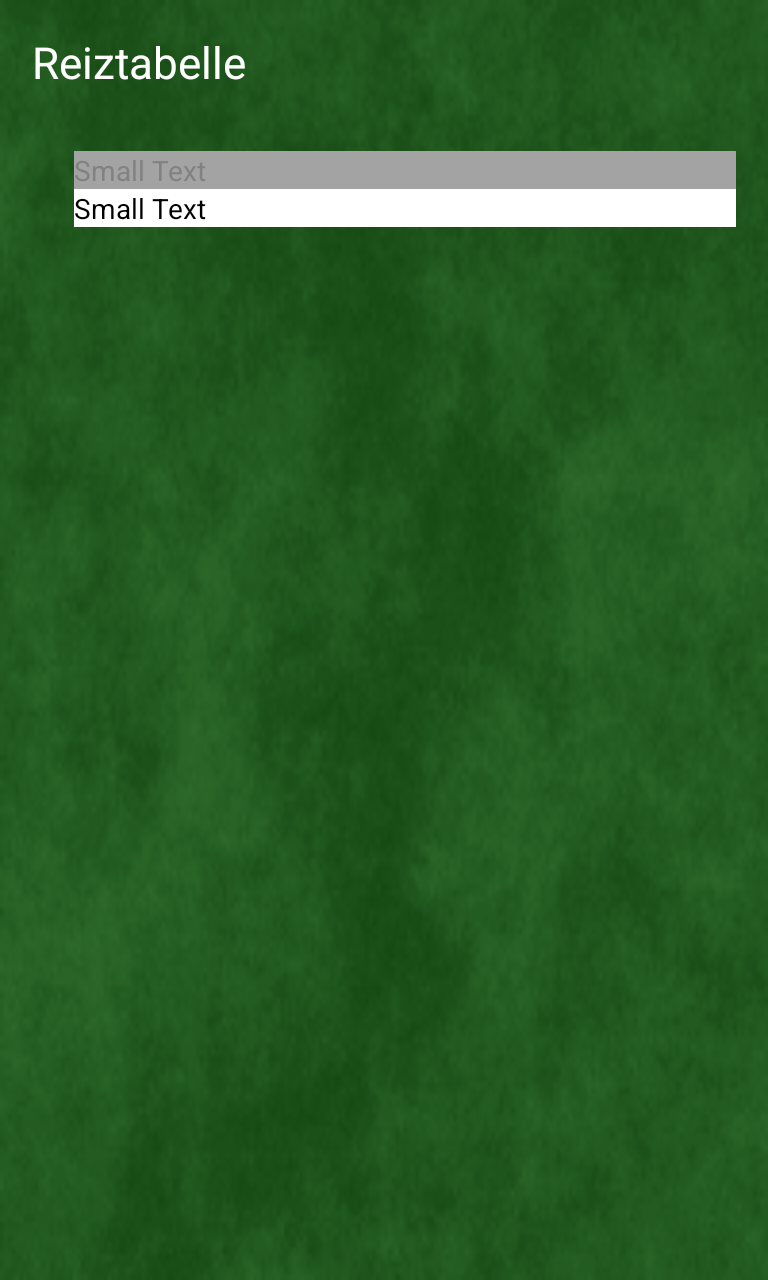
Repository: razinanu/InSy-Skat
Layout: InSy-Skat/res/layout/fragment_result.xml
These files come from the project's save history. The layout is drawn as it stood at one moment and after the next save; the edit follows.
It is drawn on a 768 x 1280 px phone screen (xhdpi) without system bars, with theme AppTheme; the app's code is not run.

Above is the layout before, as saved 2014-06-19 18:16:03.

### InSy-Skat/res/layout/fragment_result.xml
<RelativeLayout xmlns:android="http://schemas.android.com/apk/res/android"
    xmlns:tools="http://schemas.android.com/tools"
    android:layout_width="match_parent"
    android:layout_height="match_parent"
    android:paddingBottom="@dimen/activity_vertical_margin"
    android:paddingLeft="@dimen/activity_horizontal_margin"
    android:paddingRight="@dimen/activity_horizontal_margin"
    android:paddingTop="@dimen/activity_vertical_margin"
    android:background="@drawable/hintergrundapp"
    tools:context="com.example.insy_skat.ResultActivity$PlaceholderFragment" >

     <TextView
        android:id="@+id/reizTabelleText"
        android:layout_width="wrap_content"
        android:layout_height="wrap_content"
        android:text="@string/reizenTabelle"
        android:textAppearance="?android:attr/textAppearanceLarge"
        android:textColor="#ffffff" />

     <ScrollView
         android:id="@+id/scrollView1"
         android:layout_width="match_parent"
         android:layout_height="match_parent"
         android:layout_alignLeft="@+id/reizTabelleText"
         android:layout_below="@+id/reizTabelleText"
         android:layout_marginLeft="21dp"
         android:layout_marginTop="30dp"
          android:layout_marginBottom="30dp" >

         <LinearLayout
             android:layout_width="match_parent"
             android:layout_height="wrap_content"
             android:orientation="vertical" >

             <TextView
                 android:id="@+id/textView01"
                 android:layout_width="match_parent"
                 android:layout_height="wrap_content"
                 android:textColor="@color/textnotAvailable"
                 android:background="@color/backgroundnotAvailable"
                 android:text="Small Text"
                 android:textAppearance="?android:attr/textAppearanceSmall" />
               <TextView
                 android:id="@+id/textView02"
                 android:layout_width="match_parent"
                 android:layout_height="wrap_content"
                 android:textColor="@color/textAvailable"
                 android:background="@color/backgroundAvailable"
                 android:text="Small Text"
                 android:textAppearance="?android:attr/textAppearanceSmall" />

         </LinearLayout>
     </ScrollView>

</RelativeLayout>

### InSy-Skat/res/values/strings.xml
<?xml version="1.0" encoding="utf-8"?>
<resources>

    <string name="app_name">Reizassistent</string>
    <string name="action_settings">Settings</string>
    <string name="zurueck">Zurück</string>
    <string name="weiter">Weiter</string>
    <string name="menue">Menü</string>
    <string name="abbrechen">Abbrechen</string>
    <string name="farbspielGrand">Farbspiel/Grand</string>
    <string name="nullString">Null</string>
    <string name="grand">Grand</string>
    <string name="reizassistent">Reizassistent</string>
     <string name="bubenAuswaehlen">Buben Auswählen</string>
    <string name="farbenAuswahl">Farben Auswählen</string>
    <string name="reizenTabelle">Reiztabelle</string>
    <string name="title_activity_selected_soldiers">SelectedSoldiers</string>
    <string name="title_activity_farben_auswahl">FarbenAuswahl</string>
    <string name="title_activity_result">ResultActivity</string>
    <string name="info_title">Zusätzliche Informationen</string>



</resources>

### InSy-Skat/res/values/color.xml
<?xml version="1.0" encoding="utf-8"?>
<resources>
<color name="textAvailable">#000000</color>
<color name="textnotAvailable">#828282</color>
<color name="backgroundAvailable">#FFFFFF</color>
<color name="backgroundnotAvailable">#A3A3A3</color>
</resources>

Loaded but not shown: InSy-Skat/res/values-v11/styles.xml (common file); InSy-Skat/res/values/styles.xml (common file); InSy-Skat/res/values-v14/styles.xml (common file); InSy-Skat/res/values/dimens.xml (common file); InSy-Skat/res/values-w820dp/dimens.xml (common file)

After the next save:
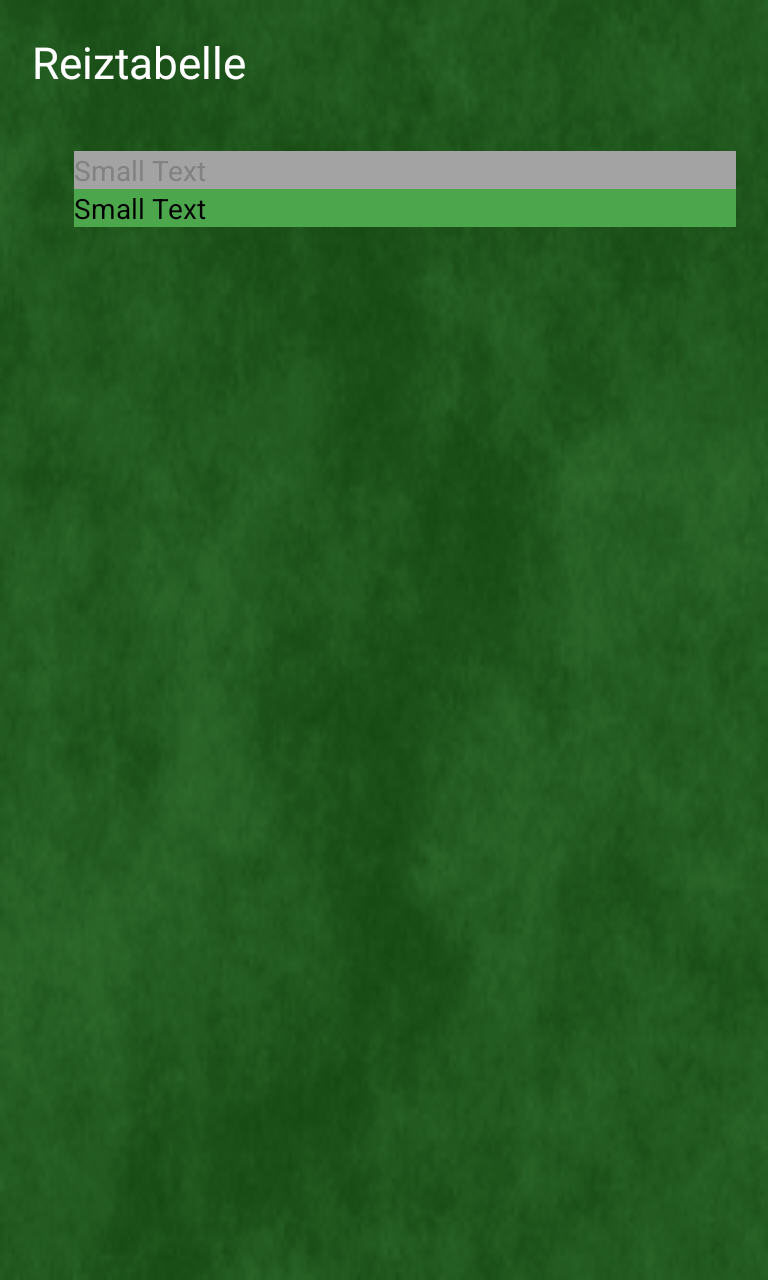
Saved 9 min 54 s later.
--- a/InSy-Skat/res/values/color.xml
+++ b/InSy-Skat/res/values/color.xml
@@ -2,6 +2,6 @@
 <resources>
 <color name="textAvailable">#000000</color>
 <color name="textnotAvailable">#828282</color>
-<color name="backgroundAvailable">#FFFFFF</color>
+<color name="backgroundAvailable">#4CA64C</color>
 <color name="backgroundnotAvailable">#A3A3A3</color>
 </resources>
